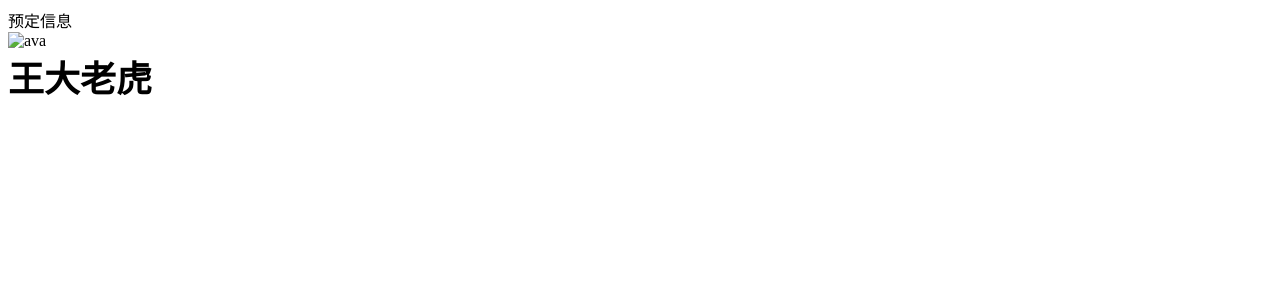
Repository: xzm1997/react-learning
Page: /
An editor plug-in stored every save of this project. The page is shown before and after the next save, followed by the edit.
The browser window is 1280 px wide. The pictures show the whole page.
The project was rebuilt for these pictures with package versions that can differ from the ones it lists, and the page was loaded fresh each time.

Above is the page before, as saved 2023-01-31 09:00:34.

### src/index.js
import React from 'react';
import ReactDOM from 'react-dom/client';
import './index.css';

export function UserInfo(props) {
  return (
    <div>
      <img src='' alt='ava'></img>
      <div className='userName'>{props.userName}</div>
    </div>
  )
}

export function InfoShow(props) {
  return (
    <div>

    </div>
  )
}

export function BookInfo(props) {
  return (
    <div>
      <div>预定信息</div>
      <UserInfo userName={props.userName} />
      <div>

      </div>
    </div>
    )
}

export function Root() {
  const userName = '王大老虎';
  const airline = '汉莎航空';
  const flightNum = 'LH7324';
  const level = '超级经济舱';
  const plane = '空客a350';
  return (
    <div>
      <BookInfo userName={userName}/>
    </div>
  )
}

// ========================================

const root = ReactDOM.createRoot(document.getElementById("root"));
root.render(<Root />);

### src/index.css
.helloWorld {
  color: #2dd;
  font-size: 24px;
}

.userName {
  font-weight: 700;
  font-size: 36px;
}

Loaded but not shown: public/index.html (common file)

After the next save:
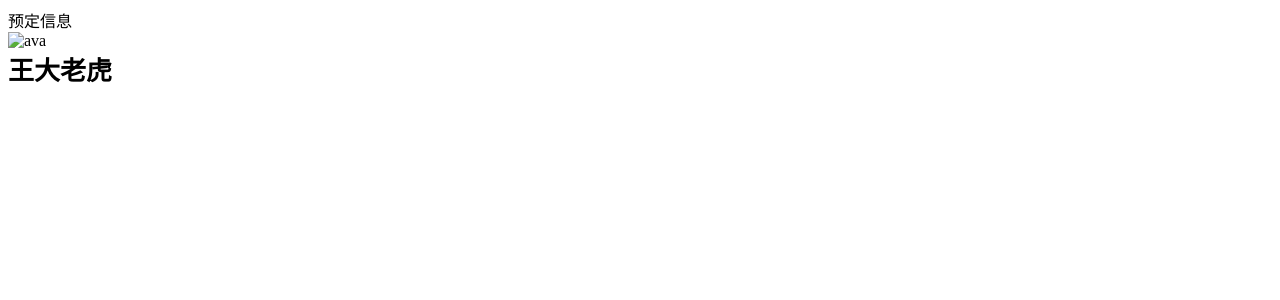
Saved 13 s later.
--- a/src/index.css
+++ b/src/index.css
@@ -5,5 +5,5 @@
 
 .userName {
   font-weight: 700;
-  font-size: 36px;
+  font-size: 26px;
 }
